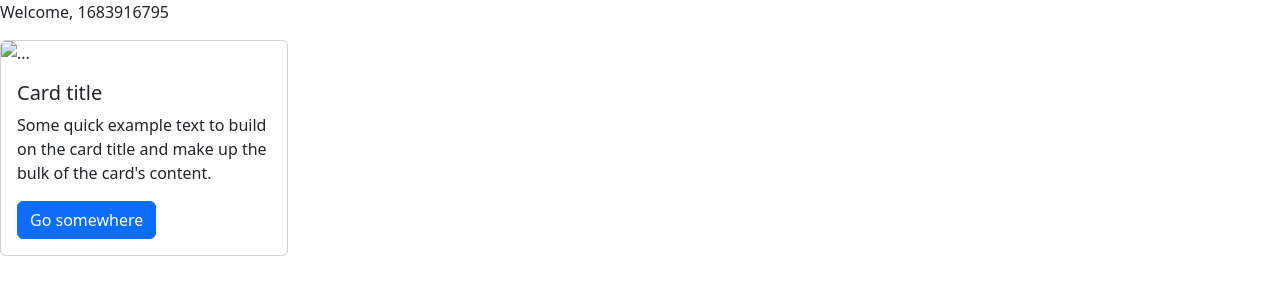
Repository: owuraku/DBC28.1
Page: http://localhost/employees
An editor plug-in stored every save of this project. The page is shown before and after a run of saves, followed by the edit.
The browser window is 1280 px wide. The pictures show the whole page.
The page is served by the project's Laravel application, run on PHP 8.4 with Laravel 10.

Above is the page before, as saved 2023-05-19 09:56:16.

After the next 2 saves:
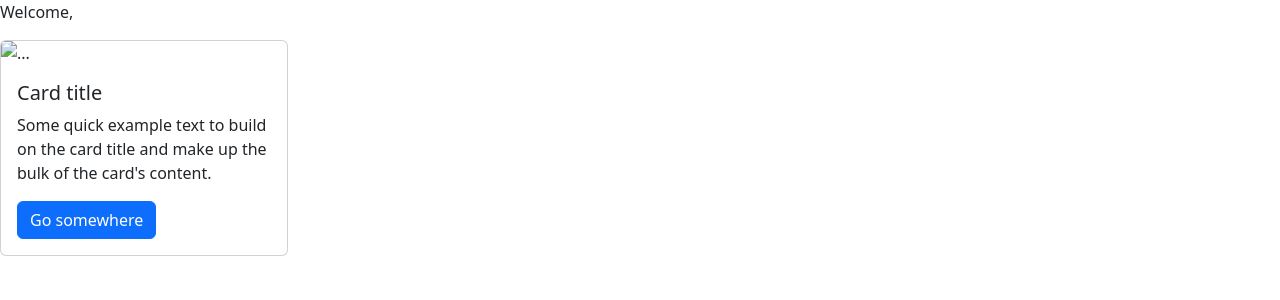
The 2 saves are shown as one change because 1 did not build or start.
The last was saved 24 s later.
--- a/resources/views/myFirstView.blade.php
+++ b/resources/views/myFirstView.blade.php
@@ -13,7 +13,7 @@
 <body>
 
     <p>
-        Welcome, {{ time() }}
+        Welcome, {{ '' }}
     </p>
 
 
